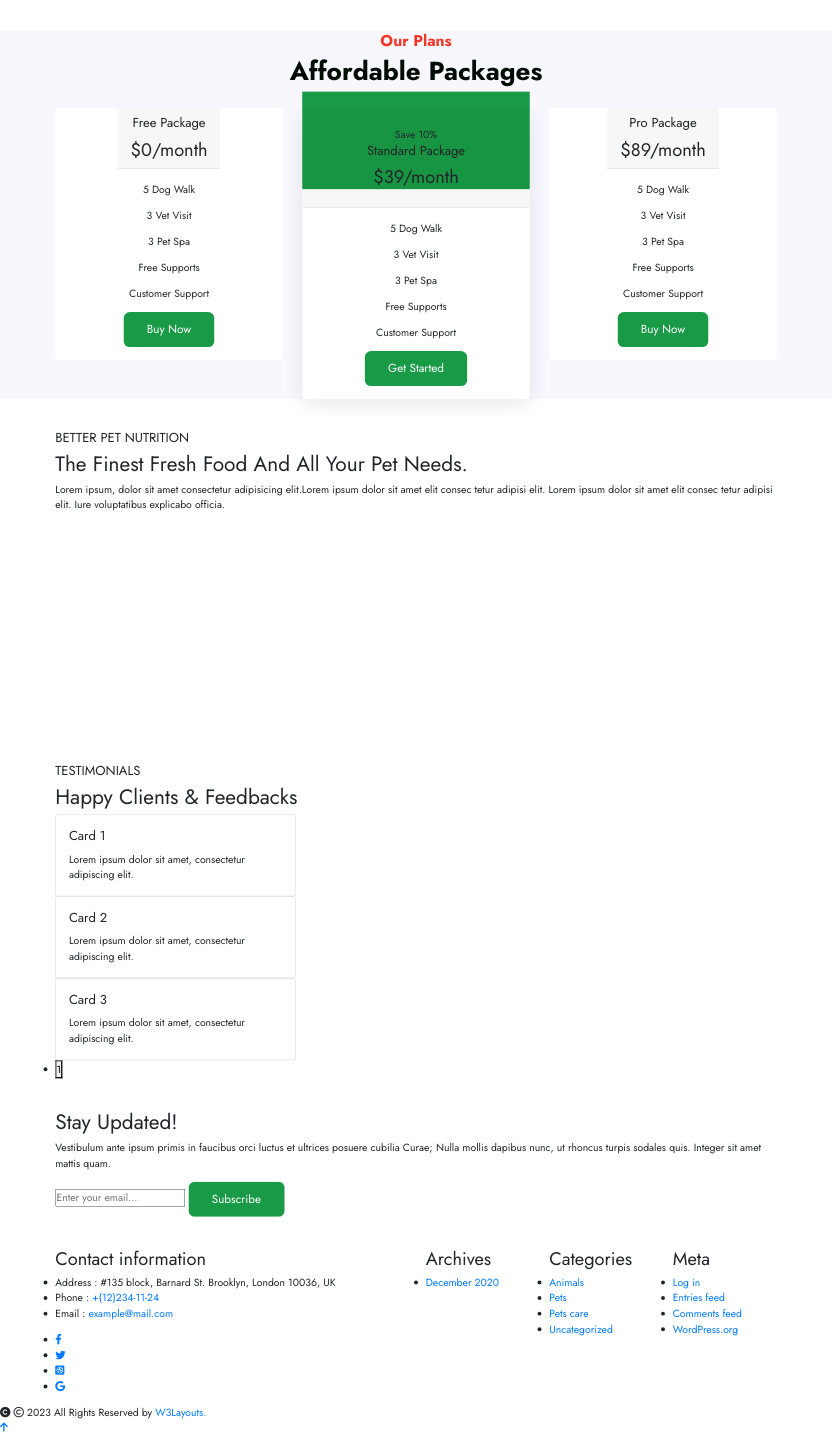
Repository: thanhfrankie/poochcare
Page: index.html
The author's editor kept a copy of each file at every save. The page is drawn from the files as they stood at one save, then again after a run of saves.
The browser window is 1280 px wide. The pictures show the whole page, at 65% of full size.
Pictures or frames that could not be fetched are drawn as grey boxes.

Above is the page before, as saved 2023-12-20 22:12:19.

### index.html
<!DOCTYPE html>
<html lang="en">
  <head>
    <title>Pooch Care</title>
    <!-- Required meta tags -->
    <meta charset="utf-8" />
    <meta
      name="viewport"
      content="width=device-width, initial-scale=1, shrink-to-fit=no"
    />
    <!-- FONT AWESOME -->
    <link
      rel="stylesheet"
      href="https://cdnjs.cloudflare.com/ajax/libs/font-awesome/6.4.2/css/all.min.css"
      integrity="sha512-z3gLpd7yknf1YoNbCzqRKc4qyor8gaKU1qmn+CShxbuBusANI9QpRohGBreCFkKxLhei6S9CQXFEbbKuqLg0DA=="
      crossorigin="anonymous"
      referrerpolicy="no-referrer"
    />
    <!-- Bootstrap CSS -->
    <link
      rel="stylesheet"
      href="https://stackpath.bootstrapcdn.com/bootstrap/4.3.1/css/bootstrap.min.css"
      integrity="sha384-ggOyR0iXCbMQv3Xipma34MD+dH/1fQ784/j6cY/iJTQUOhcWr7x9JvoRxT2MZw1T"
      crossorigin="anonymous"
    />
    <!-- Font Jost -->
    <link rel="preconnect" href="https://fonts.googleapis.com" />
    <link rel="preconnect" href="https://fonts.gstatic.com" crossorigin />
    <link
      href="https://fonts.googleapis.com/css2?family=Jost:wght@300;400;700&display=swap"
      rel="stylesheet"
    />
    <!-- Pricing CSS -->
    <link rel="stylesheet" href="./css/pricing.css" />
    <!-- pet food CSS (em đặt tên nutrition hay pet-nutrition hay pet__nutrition nó không cho đặt vậy ạ) -->
    <link rel="stylesheet" href="./css/petfood.css" />
    <!-- Testimonials CSS -->
    <link rel="stylesheet" href="./css/testimonials.css" />
    <!-- Subscribe CSS -->
    <link rel="stylesheet" href="./css/subscribe.css" />
    <!-- footer CSS -->
    <link rel="stylesheet" href="./css/footer.css" />
    <!-- Main CSS -->
    <link rel="stylesheet" href="./css/style.css" />
  </head>
  <body>
    <!-- Pricing -->
    <section class="pricing" id="pricing">
      <div class="container mt-5">
        <div class="title">
          <h4>Our Plans</h4>
          <h2>Affordable Packages</h2>
        </div>
        <div class="row mt-6">
          <!-- Pricing Card 1 -->
          <div class="col-lg-4">
            <div class="card">
              <div class="card-header">
                <h5 class="card-title">Free Package</h5>
                <h3 class="card-text">$0/month</h3>
              </div>
              <div class="card-body">
                <p class="card-text">5 Dog Walk</p>
                <p class="card-text">3 Vet Visit</p>
                <p class="card-text">3 Pet Spa</p>
                <p class="card-text">Free Supports</p>
                <p class="card-text">Customer Support</p>
                <a href="#" class="btn btn-buy">Buy Now</a>
              </div>
            </div>
          </div>

          <!-- Pricing Card 2 -->
          <div class="col-lg-4">
            <div class="card card2">
              <div class="card-header">
                <div class="card-save">Save 10%</div>
                <h5 class="card-title">Standard Package</h5>
                <h3 class="card-text">$39/month</h3>
              </div>
              <div class="card-body">
                <p class="card-text">5 Dog Walk</p>
                <p class="card-text">3 Vet Visit</p>
                <p class="card-text">3 Pet Spa</p>
                <p class="card-text">Free Supports</p>
                <p class="card-text">Customer Support</p>
                <a href="#" class="btn btn-buy">Get Started</a>
              </div>
            </div>
          </div>

          <!-- Pricing Card 3 -->
          <div class="col-lg-4">
            <div class="card">
              <div class="card-header">
                <h5 class="card-title">Pro Package</h5>
                <h3 class="card-text">$89/month</h3>
              </div>
              <div class="card-body">
                <p class="card-text">5 Dog Walk</p>
                <p class="card-text">3 Vet Visit</p>
                <p class="card-text">3 Pet Spa</p>
                <p class="card-text">Free Supports</p>
                <p class="card-text">Customer Support</p>
                <a href="#" class="btn btn-buy">Buy Now</a>
              </div>
            </div>
          </div>
        </div>
      </div>
    </section>
    <!-- PET NUTRITION -->
    <section class="nutrition">
      <div class="container mt-5">
        <h5>BETTER PET NUTRITION</h5>
        <h2>The Finest Fresh Food And All Your Pet Needs.</h2>
        <p>
          Lorem ipsum, dolor sit amet consectetur adipisicing elit.Lorem ipsum
          dolor sit amet elit consec tetur adipisi elit. Lorem ipsum dolor sit
          amet elit consec tetur adipisi elit. Iure voluptatibus explicabo
          officia.
        </p>
        <iframe
          width="560"
          height="315"
          src="https://www.youtube.com/embed/JXUTJNv4j6A?si=1nzgvqwKbkVzJ4BS"
          title="YouTube video player"
          frameborder="0"
          allow="accelerometer; autoplay; clipboard-write; encrypted-media; gyroscope; picture-in-picture; web-share"
          allowfullscreen
        ></iframe>
      </div>
    </section>
    <!-- TESTIMONIALS -->
    <section class="testimonial">
      <div class="container mt-5">
        <h5>TESTIMONIALS</h5>
        <h2>Happy Clients & Feedbacks</h2>
        <div class="slick-carousel">
          <!-- Slick Carousel Item 1 -->
          <div class="card">
            <div class="card-body">
              <h5 class="card-title">Card 1</h5>
              <p class="card-text">
                Lorem ipsum dolor sit amet, consectetur adipiscing elit.
              </p>
            </div>
          </div>

          <!-- Slick Carousel Item 2 -->
          <div class="card">
            <div class="card-body">
              <h5 class="card-title">Card 2</h5>
              <p class="card-text">
                Lorem ipsum dolor sit amet, consectetur adipiscing elit.
              </p>
            </div>
          </div>

          <!-- Slick Carousel Item 3 -->
          <div class="card">
            <div class="card-body">
              <h5 class="card-title">Card 3</h5>
              <p class="card-text">
                Lorem ipsum dolor sit amet, consectetur adipiscing elit.
              </p>
            </div>
          </div>
        </div>
      </div>
    </section>
    <!-- Subscribe -->
    <section class="subscribe">
      <div class="container mt-5">
        <h2>Stay Updated!</h2>
        <p>
          Vestibulum ante ipsum primis in faucibus orci luctus et ultrices
          posuere cubilia Curae; Nulla mollis dapibus nunc, ut rhoncus turpis
          sodales quis. Integer sit amet mattis quam.
        </p>
        <input
          type="email"
          name=""
          id="subscribe"
          placeholder="Enter your email..."
        />
        <button class="btn">Subscribe</button>
      </div>
    </section>
    <footer>
      <div class="container mt-5">
        <div class="row">
          <div class="col-lg-6">
            <h3>Contact information</h3>
            <ul class="footer__contact">
              <li>
                Address : #135 block, Barnard St. Brooklyn, London 10036, UK
              </li>
              <li>
                Phone :
                <span>
                  <a href="#">+(12)234-11-24</a>
                </span>
              </li>
              <li>
                Email :
                <span>
                  <a href="#">example@mail.com</a>
                </span>
              </li>
            </ul>
            <ul class="footer__social">
              <li>
                <a href="https://www.facebook.com/w3layouts/">
                  <i class="fa-brands fa-facebook-f"></i
                ></a>
              </li>
              <li>
                <a href="https://twitter.com/W3layouts"
                  ><i class="fa-brands fa-twitter"></i
                ></a>
              </li>
              <li>
                <a href="https://dribbble.com/w3layouts"
                  ><i class="fa-brands fa-square-dribbble"></i
                ></a>
              </li>
              <li>
                <a href="https://myaccount.google.com/intro/profile"
                  ><i class="fa-brands fa-google"></i
                ></a>
              </li>
            </ul>
          </div>
          <div class="col-lg-6">
            <div class="row">
              <div class="col-sm-4">
                <h3>Archives</h3>
                <ul>
                  <li>
                    <a href="#"> December 2020 </a>
                  </li>
                </ul>
              </div>
              <div class="col-sm-4">
                <h3>Categories</h3>
                <ul>
                  <li>
                    <a href="#"> Animals </a>
                  </li>
                  <li>
                    <a href="#"> Pets </a>
                  </li>
                  <li>
                    <a href="#"> Pets care </a>
                  </li>
                  <li>
                    <a href="#"> Uncategorized </a>
                  </li>
                </ul>
              </div>
              <div class="col-sm-4">
                <h3>Meta</h3>
                <ul>
                  <li>
                    <a href="#"> Log in </a>
                  </li>
                  <li>
                    <a href="#"> Entries feed </a>
                  </li>
                  <li>
                    <a href="#"> Comments feed </a>
                  </li>
                  <li>
                    <a href="#"> WordPress.org </a>
                  </li>
                </ul>
              </div>
            </div>
          </div>
        </div>
      </div>
      <div class="copyright">
        <i class="fa fa-copyright" aria-hidden="true"></i>
        <i class="fa-regular fa-copyright"></i>
        <span
          >2023 All Rights Reserved by
          <a href="https://w3layouts.com/">W3Layouts.</a></span
        >
      </div>
    </footer>
    <a href="#" class="backToTop cd-top text-replace js-cd-top">
      <i class="fa fa-arrow-up"></i>
    </a>
    <!-- Optional JavaScript -->
    <!-- jQuery first, then Popper.js, then Bootstrap JS -->
    <script
      src="https://code.jquery.com/jquery-3.3.1.slim.min.js"
      integrity="sha384-q8i/X+965DzO0rT7abK41JStQIAqVgRVzpbzo5smXKp4YfRvH+8abtTE1Pi6jizo"
      crossorigin="anonymous"
    ></script>
    <script
      src="https://cdnjs.cloudflare.com/ajax/libs/popper.js/1.14.7/umd/popper.min.js"
      integrity="sha384-UO2eT0CpHqdSJQ6hJty5KVphtPhzWj9WO1clHTMGa3JDZwrnQq4sF86dIHNDz0W1"
      crossorigin="anonymous"
    ></script>
    <script
      src="https://stackpath.bootstrapcdn.com/bootstrap/4.3.1/js/bootstrap.min.js"
      integrity="sha384-JjSmVgyd0p3pXB1rRibZUAYoIIy6OrQ6VrjIEaFf/nJGzIxFDsf4x0xIM+B07jRM"
      crossorigin="anonymous"
    ></script>
    <!-- slick carousel  -->
    <script
      src="https://cdnjs.cloudflare.com/ajax/libs/slick-carousel/1.8.1/slick.min.js"
      integrity="sha512-XtmMtDEcNz2j7ekrtHvOVR4iwwaD6o/FUJe6+Zq+HgcCsk3kj4uSQQR8weQ2QVj1o0Pk6PwYLohm206ZzNfubg=="
      crossorigin="anonymous"
      referrerpolicy="no-referrer"
    ></script>
    <script>
      // Initialize Slick Carousel
      $(".slick-carousel").slick({
        slidesToShow: 3,
        slidesToScroll: 1,
        dots: true,
        prevArrow: '<button type="button" class="slick-prev">&#9665;</button>',
        nextArrow: '<button type="button" class="slick-next">&#9655;</button>',
        responsive: [
          {
            breakpoint: 768,
            settings: {
              slidesToShow: 2,
            },
          },
          {
            breakpoint: 576,
            settings: {
              slidesToShow: 1,
            },
          },
        ],
      });
    </script>
  </body>
</html>

### css/pricing.css
.pricing {
  background-color: #f9f7fe;
}
.pricing .container {
  width: 100%;
}
.pricing .container .title {
  display: flex;
  justify-content: center;
  align-items: center;
  flex-direction: column;
  padding-bottom: 25px;
}
.pricing .container .title h4 {
  color: #f53626;
  font-weight: 550;
}
.pricing .title h2 {
  font-size: 40px;
  font-weight: 600;
  line-height: 48px;
  text-transform: capitalize;
  color: #000c04;
}
.pricing .container .row {
  /* border: 1px solid blue; */
}
.pricing .container .row .card {
  display: flex;
  justify-content: center;
  align-items: center;
  flex-direction: column;
  text-align: center;
  background-color: #ffffff;
  border-radius: 5px;
  border: none;
}
.pricing .container .row .card2 {
  box-shadow: 0 10px 30px 0 rgba(17, 17, 17, 0.09);
  z-index: 1;
}
.pricing .container .row .card2 .card-header {
  width: 100%;
  padding: 30px 0;
  /* background-color: #189a46; */
  border-top-right-radius: 5px;
  border-top-left-radius: 5px;
  line-height: 1.5;
}
.pricing .container .row .card2 .card-header::before {
    content: "";
    width: 100%;
    height: 150px;
    position: absolute;
    top: 0;
    left: 0;
    background-color: #189a46;
    transform: translateY(-50%);
    z-index: -1;
    margin-top: 50px;
}
.btn-buy,.btn {
    background-color: #189a46;
    padding: 12px 35px;
    font-size: 18px;
    line-height: 28px;
    text-transform: capitalize;
    font-weight: 400;
    color: white;
    border-radius: 10px;
}
.btn:hover {
    color: #fff;
    background-color: #116E32;
    border-color: #116E32;
}
.pricing .container .row .card2 .btn-buy:hover{
    background-color: #189a46;
    border-color: #189a46;
}

### css/testimonials.css
TESTIMONIALS

### css/style.css
/* Global */
* {
  padding: 0;
  margin: 0;
  box-sizing: border-box;
}
html,
body {
  font-family: "Jost", sans-serif;
}

Loaded but not shown: css/footer.css (no copy from this time; the picture is the same without it); css/petfood.css (no copy from this time; the picture is the same without it); css/subscribe.css (no copy from this time; the picture is the same without it)

After the next 2 saves:
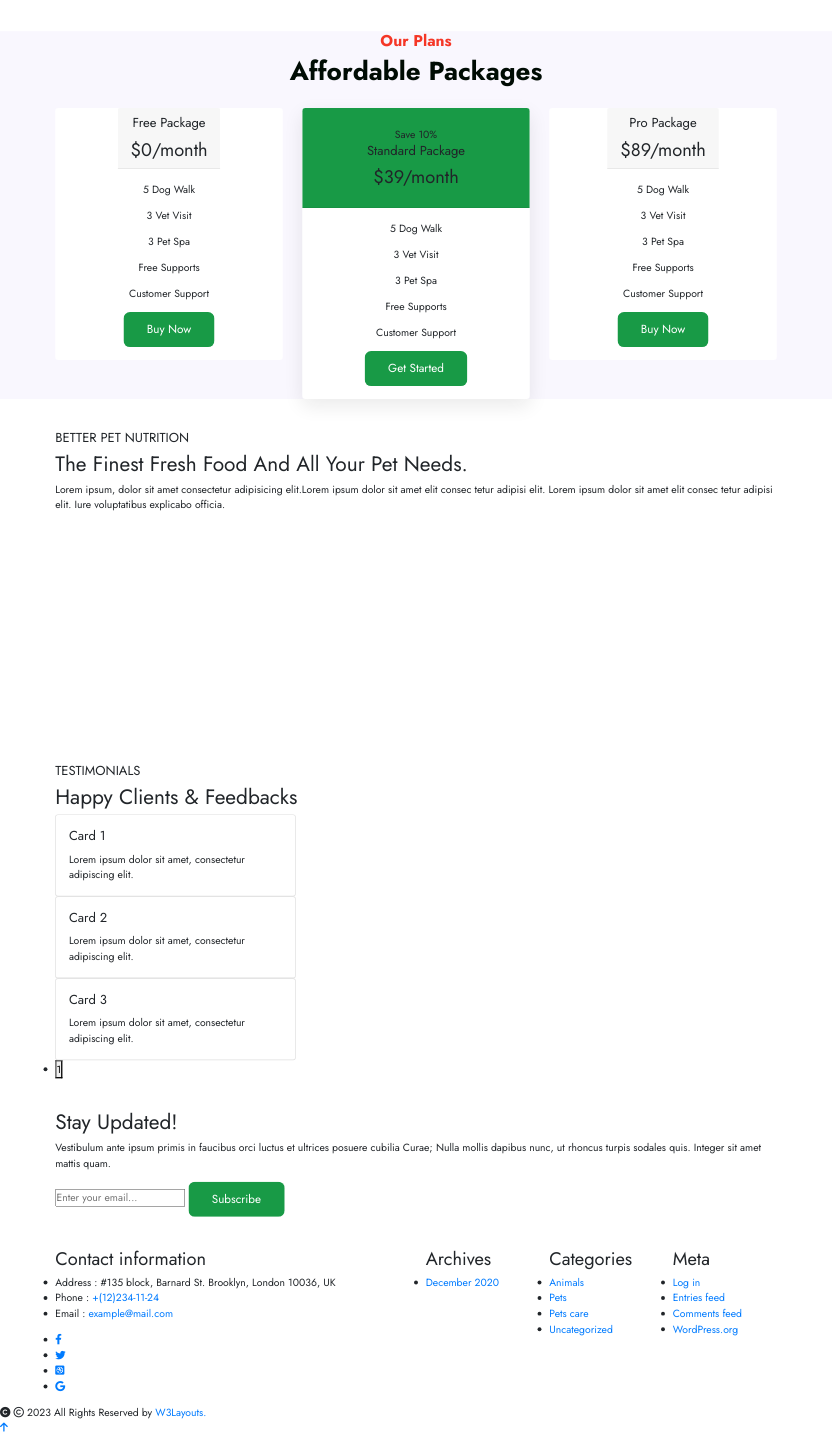
The 2 saves are shown as one change because they came seconds apart.
The last was saved 3 min 15 s later.
--- a/css/pricing.css
+++ b/css/pricing.css
@@ -42,12 +42,12 @@
 .pricing .container .row .card2 .card-header {
   width: 100%;
   padding: 30px 0;
-  /* background-color: #189a46; */
+  background-color: #189a46;
   border-top-right-radius: 5px;
   border-top-left-radius: 5px;
   line-height: 1.5;
 }
-.pricing .container .row .card2 .card-header::before {
+/* .pricing .container .row .card2 .card-header::before {
     content: "";
     width: 100%;
     height: 150px;
@@ -58,7 +58,7 @@
     transform: translateY(-50%);
     z-index: -1;
     margin-top: 50px;
-}
+} */
 .btn-buy,.btn {
     background-color: #189a46;
     padding: 12px 35px;
